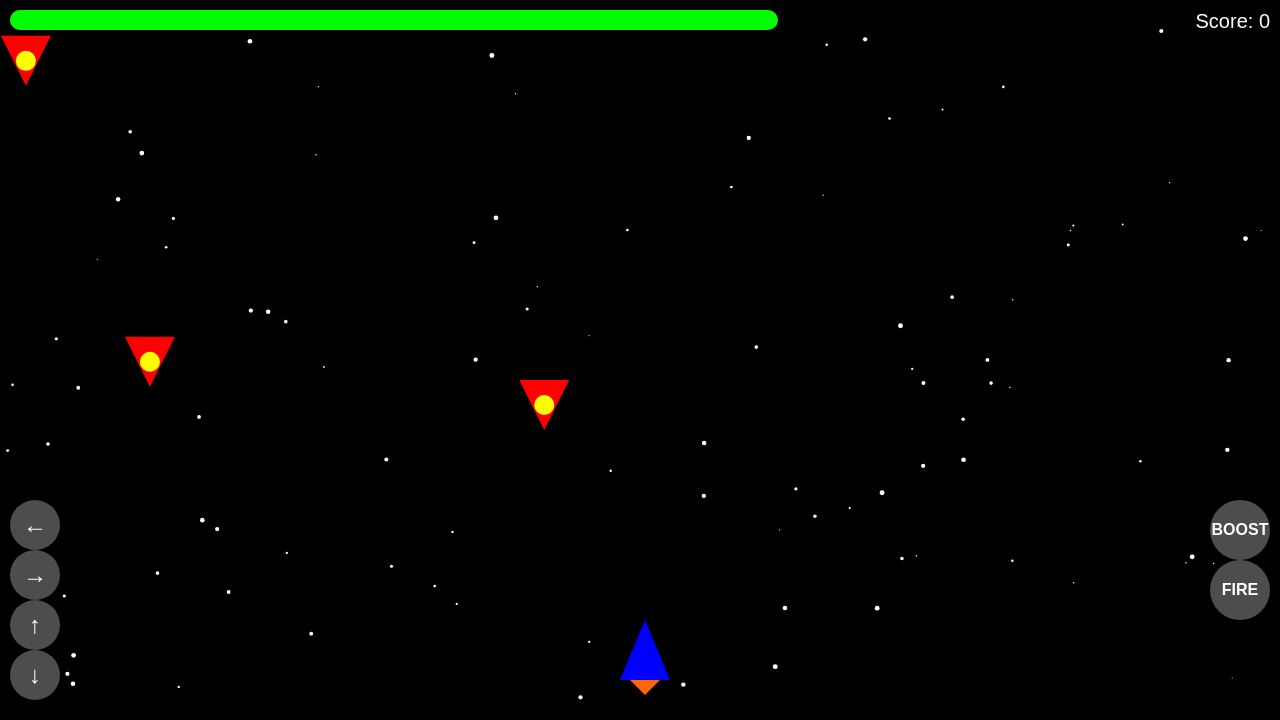
Repository: BiranOrundas/space-shooter
Page: space-shooter.html
The author's editor kept a copy of each file at every save. The page is drawn from the files as they stood at one save, then again after the next save.
The browser window is 1280 px wide. The pictures show the whole page.

Above is the page before, as saved 2025-03-13 14:31:00.

### space-shooter.html
<!DOCTYPE html>
<html lang="en">
<head>
  <meta charset="UTF-8">
  <meta name="viewport" content="width=device-width, initial-scale=1.0">
  <title>Space Shooter</title>
  <style>
    body {
      margin: 0;
      overflow: hidden;
      touch-action: none;
      font-family: Arial, sans-serif;
      background-color: #000;
      display: flex;
      justify-content: center;
      align-items: center;
      height: 100vh;
    }

    #game-container {
      position: relative;
      width: 100vw;
      height: 100vh;
      background-color: #000;
      overflow: hidden;
      touch-action: none;
    }

    #game-canvas {
      width: 100%;
      height: 100%;
    }

    #controls {
      position: absolute;
      bottom: 20px;
      left: 0;
      width: 100%;
      display: flex;
      justify-content: space-between;
      z-index: 10;
    }

    .direction-btn {
      width: 50px;
      height: 50px;
      background-color: rgba(255, 255, 255, 0.3);
      border-radius: 50%;
      display: flex;
      justify-content: center;
      align-items: center;
      color: white;
      font-weight: bold;
      font-size: 24px;
      user-select: none;
      margin: 0 10px;
    }

    .action-btn {
      width: 60px;
      height: 60px;
      background-color: rgba(255, 255, 255, 0.3);
      border-radius: 50%;
      display: flex;
      justify-content: center;
      align-items: center;
      color: white;
      font-weight: bold;
      font-size: 16px;
      user-select: none;
      margin: 0 10px;
    }

    #life-bar-container {
      position: absolute;
      top: 10px;
      left: 10px;
      width: 15%;
      height: 20px;
      background-color: rgba(255, 255, 255, 0.3);
      border-radius: 10px;
    }

    #life-bar {
      height: 100%;
      width: 100%;
      background-color: #0f0;
      border-radius: 10px;
      transition: width 0.5s;
    }

    #score {
      position: absolute;
      top: 10px;
      right: 10px;
      color: white;
      font-size: 20px;
    }

    #game-over {
      position: absolute;
      top: 0;
      left: 0;
      width: 100%;
      height: 100%;
      background-color: rgba(0, 0, 0, 0.8);
      display: none;
      flex-direction: column;
      justify-content: center;
      align-items: center;
      color: white;
      font-size: 30px;
      z-index: 20;
    }

    #restart-btn {
      margin-top: 20px;
      padding: 10px 20px;
      background-color: #0f0;
      color: black;
      border: none;
      border-radius: 5px;
      font-size: 18px;
      cursor: pointer;
    }

    .star {
      position: absolute;
      background-color: white;
      border-radius: 50%;
    }
  </style>
</head>
<body>
  <div id="game-container">
    <div id="life-bar-container">
      <div id="life-bar"></div>
    </div>
    <div id="score">Score: 0</div>
    <canvas id="game-canvas"></canvas>

    <div id="controls">
      <div id="movement-controls">
        <div class="direction-btn" id="left-btn">←</div>
        <div class="direction-btn" id="right-btn">→</div>
        <div class="direction-btn" id="up-btn">↑</div>
        <div class="direction-btn" id="down-btn">↓</div>
      </div>
      <div id="action-controls">
        <div class="action-btn" id="boost-btn">BOOST</div>
        <div class="action-btn" id="shoot-btn">FIRE</div>
      </div>
    </div>

    <div id="game-over">
      <div>GAME OVER</div>
      <div id="final-score">Score: 0</div>
      <button id="restart-btn">Restart</button>
    </div>
  </div>

  <script>
    // Game setup
    const canvas = document.getElementById('game-canvas');
    const ctx = canvas.getContext('2d');

    // Set canvas dimensions to match container
    const container = document.getElementById('game-container');
    canvas.width = container.clientWidth;
    canvas.height = container.clientHeight;

    // Game variables
    let score = 0;
    let gameOver = false;
    let animationId;

    // Player variables
    const player = {
      x: canvas.width / 2 - 20,
      y: canvas.height - 100,
      width: 50,
      height: 60,
      speed: 5,
      boostedSpeed: 10,
      isBoosting: false,
      life: 400,
      color: '#00f',
      cooldown: 0,
      lastShot: 0
    };


    // Game elements arrays
    const bullets = [];
    const enemies = [];
    const stars = [];

    // Control variables
    let leftPressed = false;
    let rightPressed = false;
    let upPressed = false;
    let downPressed = false;
    let shootPressed = false;
    let boostPressed = false;

    // Generate stars for background
    function createStars() {
      const starCount = 100;
      for (let i = 0; i < starCount; i++) {
        stars.push({
          x: Math.random() * canvas.width,
          y: Math.random() * canvas.height,
          size: Math.random() * 2 + 0.5,
          speed: Math.random() * 2 + 1.9
        });
      }
    }

    // Draw player's spaceship
    function drawPlayer() {
      // Draw player ship
      ctx.fillStyle = player.color;

      // Ship body
      ctx.beginPath();
      ctx.moveTo(player.x + player.width / 2, player.y);
      ctx.lineTo(player.x + player.width, player.y + player.height);
      ctx.lineTo(player.x, player.y + player.height);
      ctx.closePath();
      ctx.fill();

      // Engine flames
      if (player.isBoosting) {
        ctx.fillStyle = '#ff0';
      } else {
        ctx.fillStyle = '#f60';
      }

      const flameHeight = player.isBoosting ? 30 : 15;
      ctx.beginPath();
      ctx.moveTo(player.x + 10, player.y + player.height);
      ctx.lineTo(player.x + player.width / 2, player.y + player.height + flameHeight);
      ctx.lineTo(player.x + player.width - 10, player.y + player.height);
      ctx.closePath();
      ctx.fill();
    }

    // Create a bullet
    function shootBullet() {
      const now = Date.now();
      if (now - player.lastShot > 100) { // Cooldown in ms
        bullets.push({
          x: player.x + player.width / 2 - 3,
          y: player.y,
          width: 2,
          height: 1500,
          speed: 20,
          color: '#f00'
        });
        player.lastShot = now;
      }
    }

    // Draw bullets
    function drawBullets() {
      bullets.forEach(bullet => {
        ctx.fillStyle = bullet.color;
        ctx.fillRect(bullet.x, bullet.y, bullet.width, bullet.height);
      });
    }

    // Create enemy ships
// Create enemy ships
function spawnEnemy() {
  if (Math.random() < 0.02 && !gameOver) {
    // Eğer boost aktifse, düşmanların hızını artır
    const enemySpeed = player.isBoosting ? Math.random() * 16 + 2 : Math.random() * 2 + 1;

    enemies.push({
      x: Math.random() * (canvas.width - 50),
      y: -50,
      width: 50,
      height: 50,
      speed: enemySpeed  // Boost durumuna göre hız
    });
  }
}


    // Draw enemy ships
    function drawEnemies() {
      enemies.forEach(enemy => {
        // Enemy ship body
        ctx.fillStyle = '#f00';
        ctx.beginPath();
        ctx.moveTo(enemy.x + enemy.width / 2, enemy.y + enemy.height);
        ctx.lineTo(enemy.x + enemy.width, enemy.y);
        ctx.lineTo(enemy.x, enemy.y);
        ctx.closePath();
        ctx.fill();

        // Enemy details
        ctx.fillStyle = '#ff0';
        ctx.beginPath();
        ctx.arc(enemy.x + enemy.width / 2, enemy.y + enemy.height / 2, 10, 0, Math.PI * 2);
        ctx.fill();
      });
    }

    // Draw stars background
    function drawStars() {
      ctx.fillStyle = 'white';
      stars.forEach(star => {
        ctx.beginPath();
        ctx.arc(star.x, star.y, star.size, 0, Math.PI * 2);
        ctx.fill();
      });
    }

    // Update star positions
  // Update star positions
function updateStars() {
  stars.forEach(star => {
    // Eğer boost aktifse, yıldızın hızını artır
    const speedFactor = player.isBoosting ? 3.5 : 1; // Boost aktifse hız 1.5 kat artar, yoksa normal hız

    star.y += star.speed * speedFactor; // Yıldızın hızı boost durumuna göre değişir


    // Eğer yıldız ekranın dışına çıkarsa, konumunu sıfırlayın
    if (star.y > canvas.height) {
      star.y = 0;
      star.x = Math.random() * canvas.width;
    }
  });
}


// Update game elements
function updateGameElements() {
  // Update player position
  if (leftPressed && player.x > 0) {
    player.x -= player.isBoosting ? player.boostedSpeed : player.speed;
  }
  if (rightPressed && player.x < canvas.width - player.width) {
    player.x += player.isBoosting ? player.boostedSpeed : player.speed;
  }
  if (upPressed && player.y < canvas.height - player.height) {
    player.y -= player.isBoosting ? player.boostedSpeed : player.speed;
  }
  if (downPressed && player.y < canvas.height - player.height) {
    player.y += player.isBoosting ? player.boostedSpeed : player.speed;
  }

  // Update bullets
  for (let i = 0; i < bullets.length; i++) {
    bullets[i].y -= bullets[i].speed;

    // Remove bullets that are off screen
    if (bullets[i].y < 0) {
      bullets.splice(i, 1);
      i--;
    }
  }

  // Update enemies
  for (let i = 0; i < enemies.length; i++) {
    enemies[i].y += enemies[i].speed;

    // Check for collision with player
    if (
      player.x < enemies[i].x + enemies[i].width &&
      player.x + player.width > enemies[i].x &&
      player.y < enemies[i].y + enemies[i].height &&
      player.y + player.height > enemies[i].y
    ) {
      // Player hit by enemy
      player.life -= 30;
      updateLifeBar();

      // Remove enemy
      enemies.splice(i, 1);
      i--;

      // Check game over
      if (player.life <= 0) {
        endGame();
      }

      continue;
    }





    // Check for bullets hitting enemies
    for (let j = 0; j < bullets.length; j++) {
      if (
        bullets[j].x < enemies[i].x + enemies[i].width &&
        bullets[j].x + bullets[j].width > enemies[i].x &&
        bullets[j].y < enemies[i].y + enemies[i].height &&
        bullets[j].y + bullets[j].height > enemies[i].y
      ) {
        // Enemy hit by bullet
        score += 10;
        updateScore();

        // Remove enemy and bullet
        enemies.splice(i, 1);
        bullets.splice(j, 1);
        i--;
        break;
      }
    }

    // Remove enemies that are off screen
    if (enemies[i] && enemies[i].y > canvas.height) {
      enemies.splice(i, 1);
      i--;
    }
  }
}


function Day() {
    const space = document.getElementById("game-container");

    setTimeout((randomColor) => {
        var randomColor = Math.floor(Math.random()*16777215).toString(16);
        space.style.backgroundColor = randomColor;
    },5500);
}


    // Update life bar
    function updateLifeBar() {
      const lifeBar = document.getElementById('life-bar');
      lifeBar.style.width = `${player.life}%`;

      // Change color based on life
      if (player.life > 60) {
        lifeBar.style.backgroundColor = '#0f0';
      } else if (player.life > 30) {
        lifeBar.style.backgroundColor = '#ff0';
      } else {
        lifeBar.style.backgroundColor = '#f00';
      }
    }

    // Update score display
    function updateScore() {
      document.getElementById('score').textContent = `Score: ${score}`;
    }

    // Game over
    function endGame() {
      gameOver = true;
      document.getElementById('game-over').style.display = 'flex';
      document.getElementById('final-score').textContent = `Score: ${score}`;
      cancelAnimationFrame(animationId);
    }

    // Main game loop
    function gameLoop() {
      // Clear canvas
      ctx.fillStyle = '#000';
      ctx.fillRect(0, 0, canvas.width, canvas.height);
        //Space Turning
      Day();

      // Draw stars
      drawStars();
      updateStars();

      // Spawn enemies
      spawnEnemy();


      // Update game elements
      updateGameElements();

      // Fire bullet if shoot button is pressed
      if (shootPressed) {
        shootBullet();
      }

      // Draw game elements
      drawPlayer();
      drawBullets();
      drawEnemies();

      // Continue game loop
      if (!gameOver) {
        animationId = requestAnimationFrame(gameLoop);
      }
    }

    // Event listeners for keyboard controls
    document.addEventListener('keydown', (e) => {
      if (e.key === 'ArrowLeft' || e.key === 'a') leftPressed = true;
      if (e.key === 'ArrowRight' || e.key === 'd') rightPressed = true;
      if (e.key === 'ArrowUp' || e.key === 'w') upPressed = true;
      if (e.key === 'ArrowDown' || e.key === 's') downPressed = true;
      if (e.key === ' ' || e.key === 'Enter') shootPressed = true;
      if (e.key === 'Shift') {
        boostPressed = true;
        player.isBoosting = true;
      }
    });

    document.addEventListener('keyup', (e) => {
      if (e.key === 'ArrowLeft' || e.key === 'a') leftPressed = false;
      if (e.key === 'ArrowRight' || e.key === 'd') rightPressed = false;
      if (e.key === 'ArrowUp' || e.key === 'w') upPressed = false;
      if (e.key === 'ArrowDown' || e.key === 's') downPressed = false;
      if (e.key === ' ' || e.key === 'Enter') shootPressed = false;
      if (e.key === 'Shift') {
        boostPressed = false;
        player.isBoosting = false;
      }
    });

    // Touch controls
    const leftBtn = document.getElementById('left-btn');
    const rightBtn = document.getElementById('right-btn');
    const shootBtn = document.getElementById('shoot-btn');
    const boostBtn = document.getElementById('boost-btn');

    leftBtn.addEventListener('touchstart', (e) => {
      e.preventDefault();
      leftPressed = true;
    });

    leftBtn.addEventListener('touchend', (e) => {
      e.preventDefault();
      leftPressed = false;
    });

    rightBtn.addEventListener('touchstart', (e) => {
      e.preventDefault();
      rightPressed = true;
    });

    rightBtn.addEventListener('touchend', (e) => {
      e.preventDefault();
      rightPressed = false;
    });

    shootBtn.addEventListener('touchstart', (e) => {
      e.preventDefault();
      shootPressed = true;
    });

    shootBtn.addEventListener('touchend', (e) => {
      e.preventDefault();
      shootPressed = false;
    });

    boostBtn.addEventListener('touchstart', (e) => {
      e.preventDefault();
      boostPressed = true;
      player.isBoosting = true;
    });

    boostBtn.addEventListener('touchend', (e) => {
      e.preventDefault();
      boostPressed = false;
      player.isBoosting = false;
    });

    // Mouse controls (for testing on desktop)
    leftBtn.addEventListener('mousedown', () => {
      leftPressed = true;
    });

    leftBtn.addEventListener('mouseup', () => {
      leftPressed = false;
    });

    rightBtn.addEventListener('mousedown', () => {
      rightPressed = true;
    });

    rightBtn.addEventListener('mouseup', () => {
      rightPressed = false;
    });

    shootBtn.addEventListener('mousedown', () => {
      shootPressed = true;
    });

    shootBtn.addEventListener('mouseup', () => {
      shootPressed = false;
    });

    boostBtn.addEventListener('mousedown', () => {
      boostPressed = true;
      player.isBoosting = true;
    });

    boostBtn.addEventListener('mouseup', () => {
      boostPressed = false;
      player.isBoosting = false;
    });

    // Restart game
    document.getElementById('restart-btn').addEventListener('click', () => {
      // Reset game state
      score = 0;
      gameOver = false;
      player.life = 100;
      player.x = canvas.width / 2 - 25;
      player.y = canvas.height - 100;
      player.isBoosting = false;

      // Clear arrays
      bullets.length = 0;
      enemies.length = 0;

      // Update UI
      updateScore();
      updateLifeBar();

      // Hide game over screen
      document.getElementById('game-over').style.display = 'none';

      // Start game loop
      gameLoop();
    });

    // Initialize game
    function initGame() {
      createStars();
      updateLifeBar();
      gameLoop();
    }

    // Start the game
    window.addEventListener('load', initGame);

    window.addEventListener('resize', () => {
  canvas.width = container.clientWidth;
  canvas.height = container.clientHeight;
});
  </script>
</body>
</html>

After the next save:
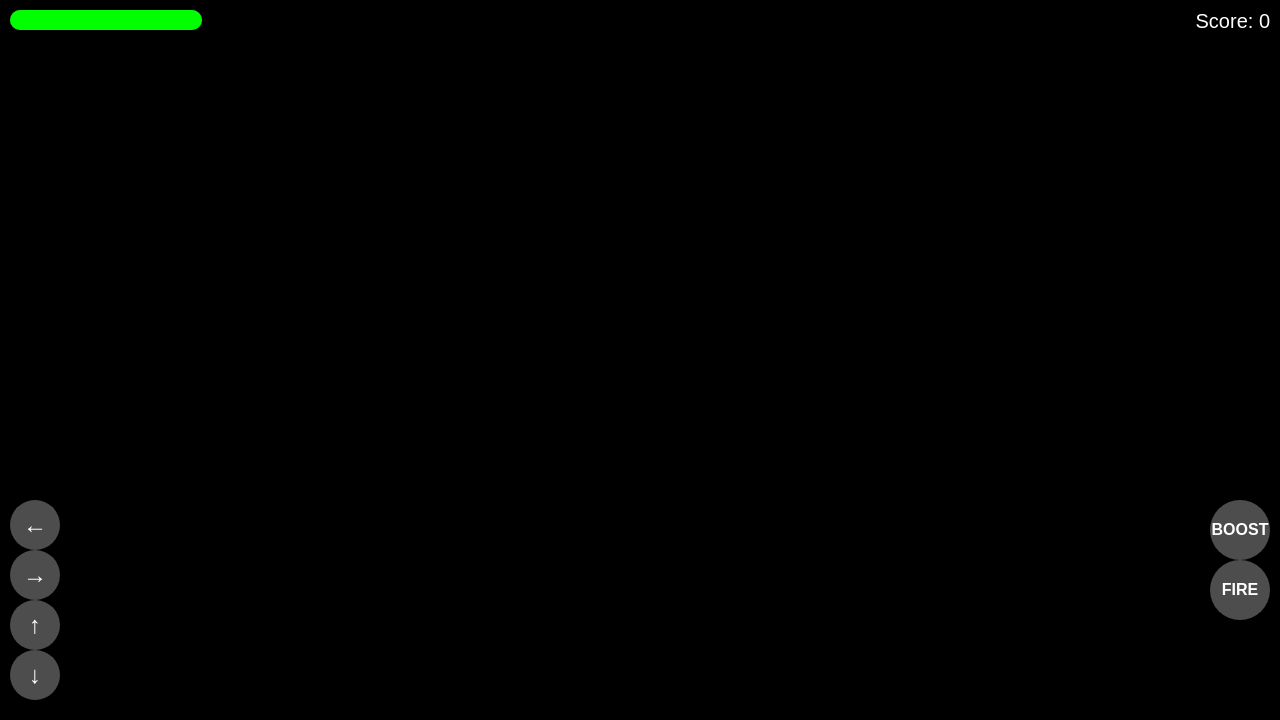
Console error: SyntaxError: Unexpected token ';'
Saved 93 s later.
--- a/space-shooter.html
+++ b/space-shooter.html
@@ -253,7 +253,7 @@
           x: player.x + player.width / 2 - 3,
           y: player.y,
           width: 2,
-          height: 1500,
+          height: 150,
           speed: 20,
           color: '#f00'
         });
@@ -406,6 +406,15 @@
         score += 10;
         updateScore();
 
+        if (score >= 100){
+            setTimeout(()=>(
+            bullets.height = 100 ;
+
+
+            ),5000)
+
+        }
+
         // Remove enemy and bullet
         enemies.splice(i, 1);
         bullets.splice(j, 1);

After the save that followed:
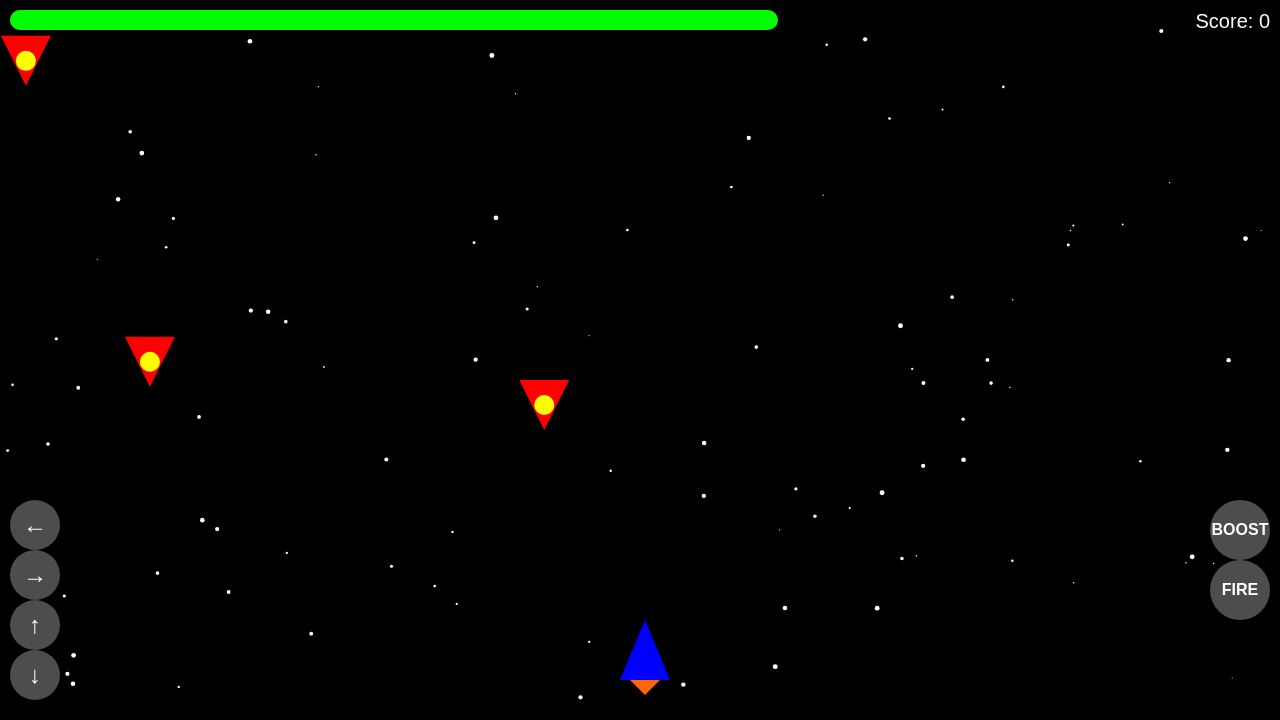
The error is gone.
Saved 3 min 43 s later.
--- a/space-shooter.html
+++ b/space-shooter.html
@@ -406,14 +406,21 @@
         score += 10;
         updateScore();
 
-        if (score >= 100){
-            setTimeout(()=>(
-            bullets.height = 100 ;
-
-
-            ),5000)
-
-        }
+      // Global variable to track if the bullet size has been increased
+let bulletSizeIncreased = false;
+
+// Inside the game loop or wherever you are tracking the score
+if (score >= 100 && !bulletSizeIncreased) {
+    setTimeout(() => {
+        // Increase the bullet height to 100 after 5 seconds
+        bullets.forEach(bullet => {
+            bullet.height = 100; // Set the height of each bullet to 100
+        });
+
+        // Set flag to prevent multiple changes
+        bulletSizeIncreased = true;
+    }, 5000); // 5000ms = 5 seconds
+}
 
         // Remove enemy and bullet
         enemies.splice(i, 1);
